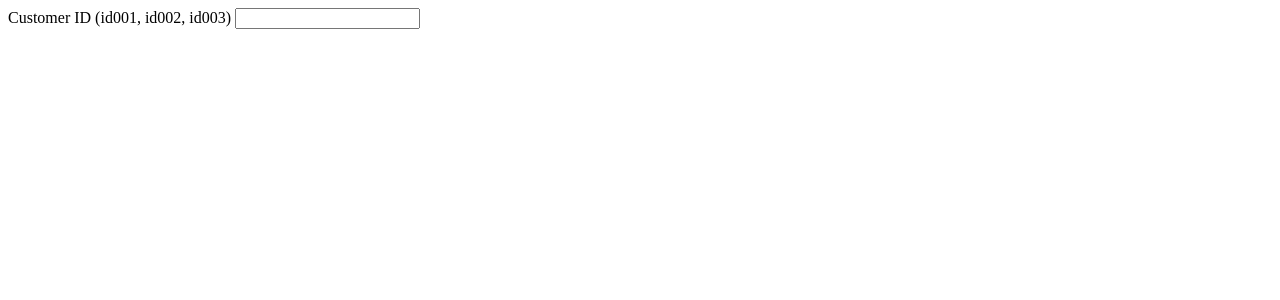
Repository: BinSin/webframework
Page: http://localhost/helloMVC/home?action=login
These files come from the project's save history. The page is drawn as it stood at one moment and after the next save; the edit follows.
The browser window is 1280 px wide. The pictures show the whole page.
The page is served by Tomcat 9. Other server files are loaded and not shown.

Above is the page before, as saved 2017-10-29 08:01:33.

### helloMVC/WebContent/view/loginform.jsp
<%@ page language="java" contentType="text/html; charset=UTF-8"
    pageEncoding="UTF-8"%>
<!DOCTYPE html PUBLIC "-//W3C//DTD HTML 4.01 Transitional//EN" "http://www.w3.org/TR/html4/loose.dtd">
<html>
<head>
<meta http-equiv="Content-Type" content="text/html; charset=UTF-8">
<title>Insert title here</title>
</head>
<body>

<form action="/helloMVC/dologin" method="get">
	Customer ID (id001, id002, id003)
	<input type="text" name="customerid" /> <br/>
	<inpit type="submit" value="press" /> <br/>
</form>

</body>
</html>

### helloMVC/src/Controller/Home.java
package Controller;

import java.io.IOException;

import javax.servlet.RequestDispatcher;
import javax.servlet.ServletException;
import javax.servlet.annotation.WebServlet;
import javax.servlet.http.HttpServlet;
import javax.servlet.http.HttpServletRequest;
import javax.servlet.http.HttpServletResponse;

/**
 * Servlet implementation class Home
 */
@WebServlet("/home")
public class Home extends HttpServlet {
	private static final long serialVersionUID = 1L;

    /**
     * @see HttpServlet#HttpServlet()
     */
    public Home() {
        super();
        // TODO Auto-generated constructor stub
    }

	/**
	 * @see HttpServlet#doGet(HttpServletRequest request, HttpServletResponse response)
	 */
	protected void doGet(HttpServletRequest request, HttpServletResponse response) throws ServletException, IOException {

		String action = request.getParameter("action");

		String page = null;

		if(action.equals("login"))
			page = "/view/loginform.jsp";
		else
			page = "/view/help.jsp";

		RequestDispatcher dispatcher = request.getRequestDispatcher(page);
		dispatcher.forward(request, response);
	}

}

After the next save:
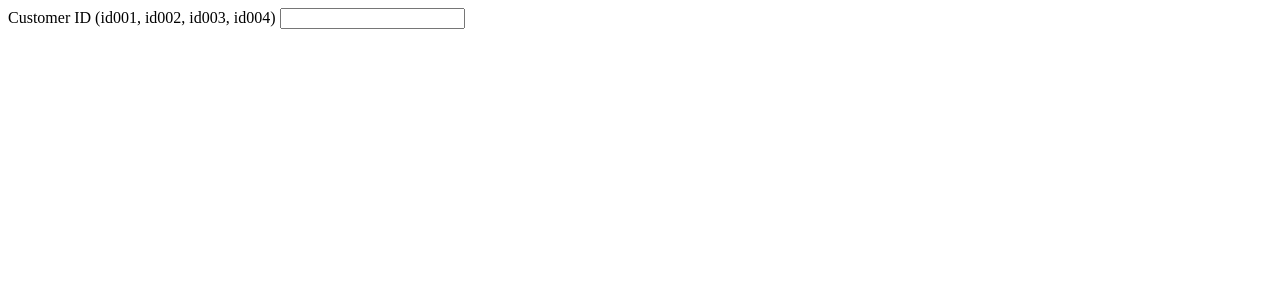
Saved 3 s later.
--- a/helloMVC/WebContent/view/loginform.jsp
+++ b/helloMVC/WebContent/view/loginform.jsp
@@ -9,7 +9,7 @@
 <body>
 
 <form action="/helloMVC/dologin" method="get">
-	Customer ID (id001, id002, id003)
+	Customer ID (id001, id002, id003, id004)
 	<input type="text" name="customerid" /> <br/>
 	<inpit type="submit" value="press" /> <br/>
 </form>
